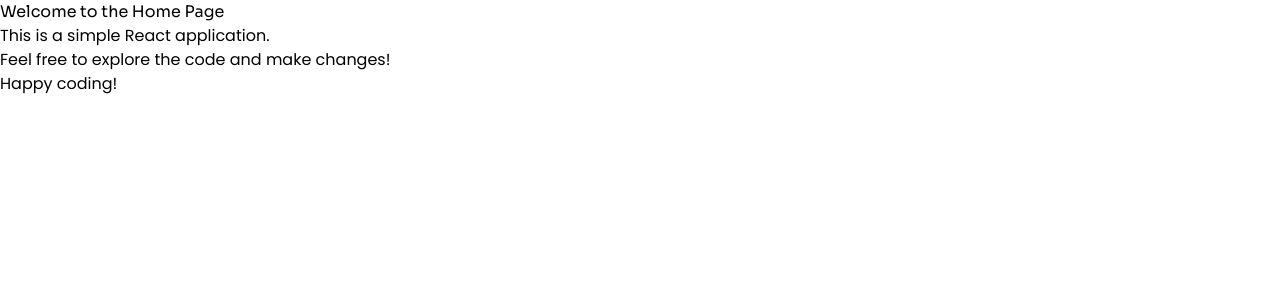
Repository: jabir12-12/inten-project
Page: /
The author's editor kept a copy of each file at every save. The page is drawn from the files as they stood at one save, then again after the next save.
The browser window is 1280 px wide. The pictures show the whole page.
The project was rebuilt for these pictures with package versions that can differ from the ones it lists, and the page was loaded fresh each time. The framework's server and built-in components were replaced by stand-ins that run in the browser. Also part of the build but not shown: next.config.ts.

Above is the page before, as saved 2025-05-17 11:20:50.

### src/pages/index.tsx
import React from 'react';

export default function Home() {
  return (
    <div className='bg-white w-screen h-screen'>
      <h1>Welcome to the Home Page</h1>
      <p>This is a simple React application.</p>
      <p>Feel free to explore the code and make changes!</p>
      <p>Happy coding!</p>
    </div>
  );
}

### src/styles/globals.css
@import url('https://fonts.googleapis.com/css2?family=Poppins:wght@400;500;600&family=Inter:wght@400;500;600&family=Sora:wght@400;500;600;700;800&display=swap');
@import url('https://fonts.googleapis.com/css2?family=Inter:wght@400;700&display=swap');

@import "tailwindcss";

body {
  background-color: #f7f8fb;
  margin: 0;
  padding: 0;
  font-family: 'Poppins', sans-serif;
  justify-content: center;
  align-items: center;
  height: 100vh;
}

.video-js .vjs-playback-rate {
  font-size: 10px;
  transform: translateY(12px);
  /* Moves the button down by 10px */

}

.heading .head {
  font-family: 'Sora', sans-serif;
  font-size: 24px;
  /* Example size */
  font-weight: 700;
}

/* Example for other headings if needed */
h1,
h2,
h3,
h4,
h5,
h6 {
  font-family: 'Sora', sans-serif;
}

h3 {
  font-size: 18px;
  font-weight: 600;
}

/* Ensure that other text elements use Poppins */
p,
span,
div {
  font-family: 'Poppins', sans-serif;
}

.button {
  outline: none;
}

/* Custom scrollbar styles */

::-webkit-scrollbar {
  width: 7px;
  height: 7px;
}

::-webkit-scrollbar-thumb {
  background-color: rgba(234, 236, 240, 1);
  ;

  border-radius: 100px;
}

::-webkit-scrollbar-track {
  background: "white";

}

/* THIS IS FOR TEXT-EDITOR IN DISSCUSSION TAB --------------------------*/
.custom-quill .ql-container {
  border: none !important;
  /* Remove the border from the container */
}

.custom-quill .ql-editor {
  border: none !important;
  /* Ensure no border around the editor */
}

.custom-quill:focus {
  outline: none;
  /* Remove outline on focus */
}

.custom-quill .ql-editor {
  font-size: 16px;
  /* Set text size to 16px */
  font-family: 'Poppins', sans-serif;
  font-style: normal;
  /* Use the Poppins font */

}

.custom-quill .ql-editor:empty::before {

  /* Show placeholder */
  color: #667085;
  /* Placeholder color */
  font-family: 'Poppins', sans-serif;
  font-style: normal;
  /* Poppins font for placeholder */
  font-size: 16px;
  /* Placeholder size */
  position: absolute;
  /* Position it absolutely */
  left: 10px;
  /* Adjust according to your padding */
  top: 10px;
  /* Adjust according to your padding */
  pointer-events: none;
  /* Prevent interaction */
}

.custom-quill .ql-editor:focus::before {
  display: none;
  /* Hide placeholder on focus */
}

/* -------------------------------------------------- */
/* FOR TOOLTIP FOR TEST PAGE ONLY ->learn Tab */


.tooltipText {
  position: absolute;
  color: white;
  bottom: 125%;
  /* Position above the button */
  left: 50%;
  /* Center horizontally */
  transform: translateX(-50%);
  /* Adjust to center the tooltip */

  z-index: 3;
  background-color: #131313;
  box-shadow: 0 5px 10px rgba(0, 0, 0, 0.3);
  padding: 6px 14px;
  /* Padding inside the tooltip */
  width: 204px;
  /* Fixed width */
  height: auto;
  /* Hug content (height grows with content) */
  min-height: 78px;
  /* Minimum height */
  font-size: 15px;
  font-weight: 400;
  border-radius: 5px;
  white-space: normal;
  /* Allow text wrapping for longer content */
  opacity: 0;
  pointer-events: none;
  transition: all 0.4s ease;
}

.tooltip:hover .tooltipText {
  opacity: 1;
  pointer-events: auto;
  transform: translate(-50%, -10px);
  /* Move tooltip slightly up on hover */
}

.drawer-overlay {
  background-color: transparent !important;
  /* Makes the overlay transparent */
}

/* magic.module.css */
.customCheckbox input[type="checkbox"]:checked {
  background-color: #9012FF;
  border-color: #9012FF;
}

/* Add this to your global CSS file */
.ql-container .ql-editor img {
  cursor: pointer;
}

.image-resizer {
  border: 1px dashed #999;
  position: absolute;
}

.image-resizer .resize-handle {
  background-color: #fff;
  border: 1px solid #999;
  height: 8px;
  width: 8px;
  position: absolute;
}

.image-resizer .resize-handle.se {
  bottom: -5px;
  right: -5px;
  cursor: se-resize;
}

.image-resizer .resize-handle.sw {
  bottom: -5px;
  left: -5px;
  cursor: sw-resize;
}

.image-resizer .resize-handle.ne {
  top: -5px;
  right: -5px;
  cursor: ne-resize;
}

.image-resizer .resize-handle.nw {
  top: -5px;
  left: -5px;
  cursor: nw-resize;
}


@layer base {
  :root {
    --radius: 0.5rem;
    --chart-1: 12 76% 61%;
    --chart-2: 173 58% 39%;
    --chart-3: 197 37% 24%;
    --chart-4: 43 74% 66%;
    --chart-5: 27 87% 67%;
  }

  .dark {
    --chart-1: 220 70% 50%;
    --chart-2: 160 60% 45%;
    --chart-3: 30 80% 55%;
    --chart-4: 280 65% 60%;
    --chart-5: 340 75% 55%;
  }
}

Loaded but not shown: src/pages/_app.tsx (common file); src/pages/_document.tsx (common file)

After the next save:
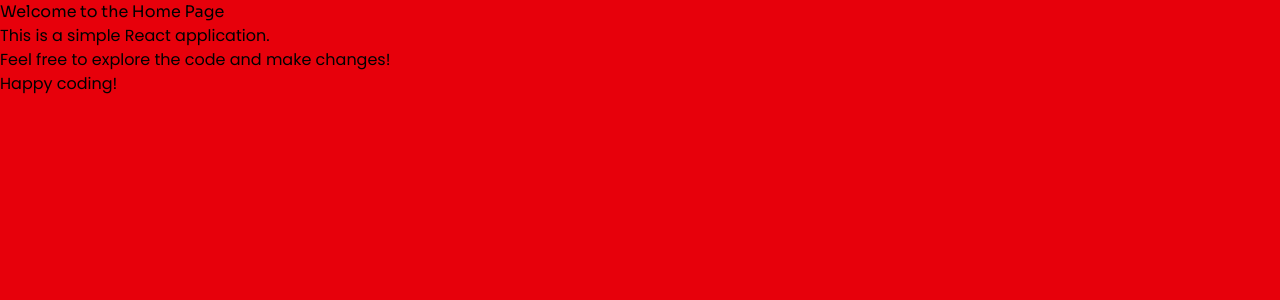
Saved 15 s later.
--- a/src/pages/index.tsx
+++ b/src/pages/index.tsx
@@ -2,7 +2,7 @@ import React from 'react';
 
 export default function Home() {
   return (
-    <div className='bg-white w-screen h-screen'>
+    <div className='bg-red-600 w-screen h-screen'>
       <h1>Welcome to the Home Page</h1>
       <p>This is a simple React application.</p>
       <p>Feel free to explore the code and make changes!</p>
